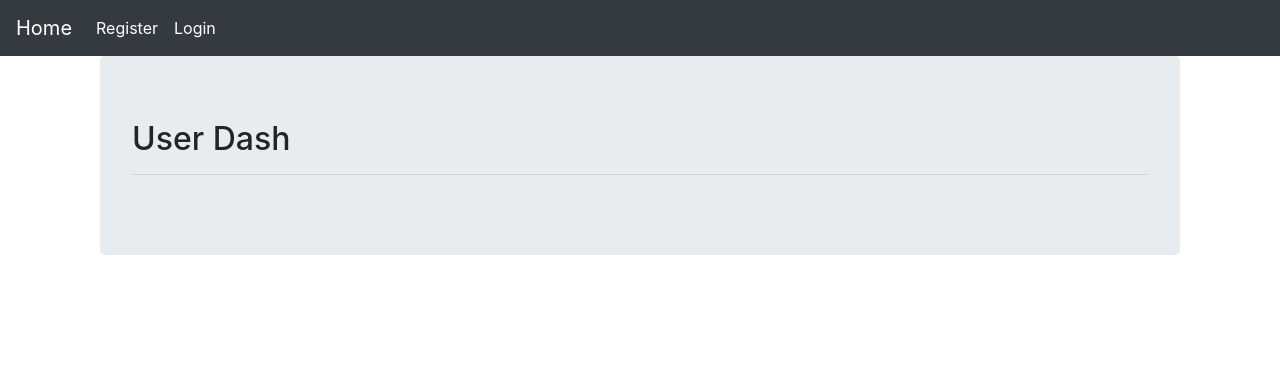
Repository: prabhat8701/nextgrowth_lab_task-main
Page: http://localhost/userDash/
These files come from the project's save history. The page is drawn as it stood at one moment and after the next save; the edit follows.
The browser window is 1280 px wide. The pictures show the whole page.
The page is served by the project's application, run on Django 4.2 (manage.py).

Above is the page before, as saved 2023-07-31 17:34:53.

After the next save:
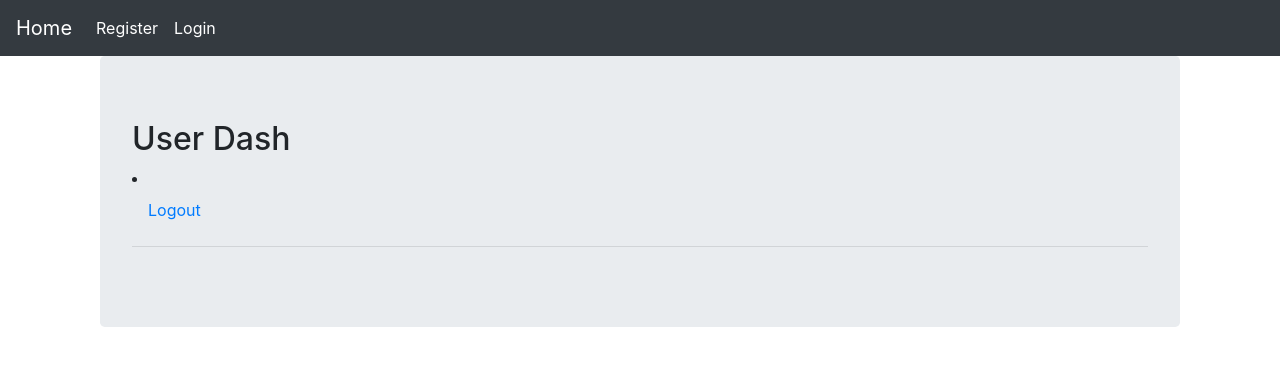
Saved 35 s later.
--- a/nextgrowAi/SET_2/next_project/templates/gradesApp/userDash.html
+++ b/nextgrowAi/SET_2/next_project/templates/gradesApp/userDash.html
@@ -6,6 +6,9 @@
 <div class="container">
     <div class="jumbotron">
         <h2>User Dash</h2>
+        <li class="nav-item active">
+            <a class="nav-link" href="{% url 'logout' %}">Logout</a>
+        </li>
 
         <hr>
     </div>
